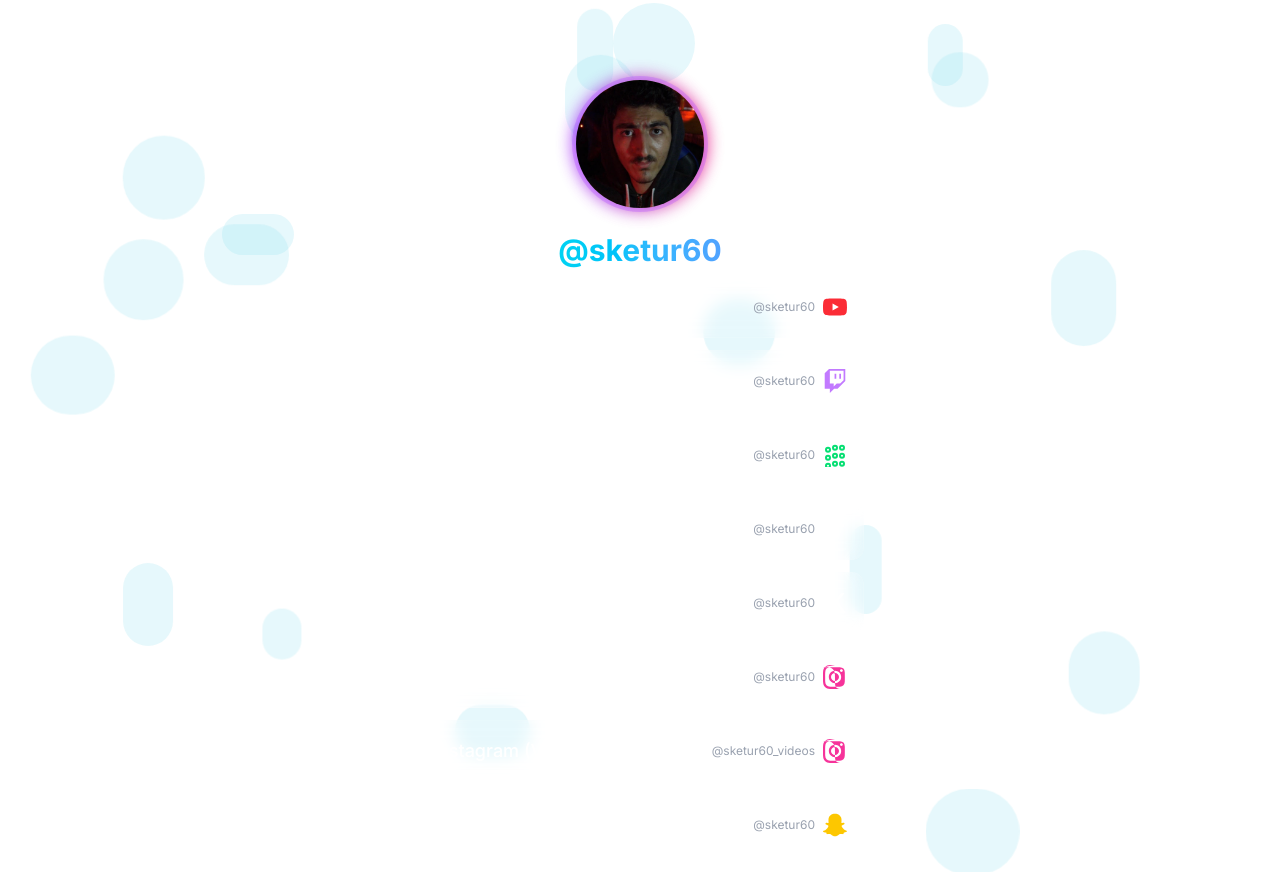
Repository: MehmetSalihK/sketur60
Page: /
An editor plug-in stored every save of this project. The page is shown before and after the next save, followed by the edit.
The browser window is 1280 px wide. The pictures show the whole page.
The project was rebuilt for these pictures with package versions that can differ from the ones it lists, and the page was loaded fresh each time. The framework's server and built-in components were replaced by stand-ins that run in the browser. Also part of the build but not shown: next.config.ts.

Above is the page before, as saved 2025-06-02 11:59:42.

### src/app/layout.tsx
import './globals.css'
import type { Metadata } from 'next'
import { Inter } from 'next/font/google'

const inter = Inter({ subsets: ['latin'] })

export const metadata: Metadata = {
  title: 'Mehmet Salih - Développeur Fullstack',
  description: 'Portfolio et liens de Mehmet Salih',
}

export default function RootLayout({
  children,
}: {
  children: React.ReactNode
}) {
  return (
    <html lang="fr" className="dark">
      <head>
        <meta name="format-detection" content="telephone=no, date=no, email=no, address=no" />
      </head>
      <body className={inter.className}>{children}</body>
    </html>
  )
}

### src/app/page.tsx
import Image from 'next/image'
import Link from 'next/link'

export default function Home() {
  return (
    <main className="min-h-screen bg-[radial-gradient(ellipse_at_top,_var(--tw-gradient-stops))] from-gray-900 via-cyan-900 to-black text-white p-4 antialiased relative overflow-hidden">
      {/* Particules animées */}
      <div className="absolute inset-0 overflow-hidden">
        <div className="absolute -inset-[10px] opacity-50">
          {[...Array(20)].map((_, i) => (
            <div
              key={i}
              className="absolute rounded-full bg-cyan-500/20"
              style={{
                top: `${Math.random() * 100}%`,
                left: `${Math.random() * 100}%`,
                width: `${Math.random() * 4 + 2}rem`,
                height: `${Math.random() * 4 + 2}rem`,
                animation: `float ${Math.random() * 10 + 10}s linear infinite`,
                animationDelay: `${Math.random() * 5}s`,
              }}
            />
          ))}
        </div>
      </div>

      {/* Contenu existant */}
      <div className="max-w-3xl mx-auto pt-16 flex flex-col items-center px-4 relative z-10">
        {/* Photo de profil avec animation */}
        <div className="relative group">
          <div className="absolute -inset-1 bg-gradient-to-r from-purple-600 to-pink-600 rounded-full blur opacity-75 group-hover:opacity-100 transition duration-1000 group-hover:duration-200 animate-tilt"></div>
          <div className="relative w-32 h-32 rounded-full overflow-hidden ring-4 ring-purple-500/30">
            <Image
              src="/profile.jpg"
              alt="Photo de profil"
              width={128}
              height={128}
              className="object-cover hover:scale-110 transition-transform duration-200"
            />
          </div>
        </div>

        {/* Nom d'utilisateur avec animation */}
        <h1 className="text-3xl font-bold mt-6 mb-2 bg-gradient-to-r from-cyan-400 to-blue-400 text-transparent bg-clip-text hover:scale-105 transition-transform duration-200">@sketur60</h1>

        {/* Liste des liens */}
        <div className="w-full max-w-md space-y-3">
          {/* Liens existants - Mettez à jour la classe pour chaque lien */}
          <Link href="https://youtube.com/@sketur60"
                className="group flex items-center justify-between p-4 rounded-xl backdrop-blur-sm bg-white/5 border border-white/10 hover:bg-white/10 hover:border-cyan-500/50 transition-all duration-300 hover:scale-105">
            <span className="font-medium text-lg group-hover:text-cyan-400 transition-colors">YouTube</span>
            <div className="flex items-center space-x-2">
              <span className="text-xs text-gray-400 group-hover:text-purple-400 transition-colors">@sketur60</span>
              <svg className="w-6 h-6 text-red-500" fill="currentColor" viewBox="0 0 24 24"><path d="M23.498 6.186a3.016 3.016 0 0 0-2.122-2.136C19.505 3.545 12 3.545 12 3.545s-7.505 0-9.377.505A3.017 3.017 0 0 0 .502 6.186C0 8.07 0 12 0 12s0 3.93.502 5.814a3.016 3.016 0 0 0 2.122 2.136c1.871.505 9.376.505 9.376.505s7.505 0 9.377-.505a3.015 3.015 0 0 0 2.122-2.136C24 15.93 24 12 24 12s0-3.93-.502-5.814zM9.545 15.568V8.432L15.818 12l-6.273 3.568z"/></svg>
            </div>
          </Link>

          {/* Twitch */}
          <Link href="https://www.twitch.tv/msketur60"
                className="group flex items-center justify-between p-4 rounded-xl backdrop-blur-sm bg-white/5 border border-white/10 hover:bg-white/10 hover:border-purple-500/50 transition-all duration-300 hover:scale-105">
            <span className="font-medium text-lg group-hover:text-purple-400 transition-colors">Twitch</span>
            <div className="flex items-center space-x-2">
              <span className="text-xs text-gray-400 group-hover:text-purple-400 transition-colors">@sketur60</span>
              <svg className="w-6 h-6 text-purple-400" fill="currentColor" viewBox="0 0 24 24"><path d="M11.571 4.714h1.715v5.143H11.57zm4.715 0H18v5.143h-1.714zM6 0L1.714 4.286v15.428h5.143V24l4.286-4.286h3.428L22.286 12V0zm14.571 11.143l-3.428 3.428h-3.429l-3 3v-3H6.857V1.714h13.714Z"/></svg>
            </div>
          </Link>

          {/* Kick */}
          <Link href="https://kick.com/sketur60"
                className="group flex items-center justify-between p-4 rounded-xl backdrop-blur-sm bg-white/5 border border-white/10 hover:bg-white/10 hover:border-purple-500/50 transition-all duration-300 hover:scale-105">
            <span className="font-medium text-lg group-hover:text-purple-400 transition-colors">Kick</span>
            <div className="flex items-center space-x-2">
              <span className="text-xs text-gray-400 group-hover:text-purple-400 transition-colors">@sketur60</span>
              <svg className="w-6 h-6 text-green-400" viewBox="0 0 24 24" fill="none" stroke="currentColor" strokeWidth="2"><path d="M19 6.873a2 2 0 1 1 0-4 2 2 0 0 1 0 4zm0 8a2 2 0 1 1 0-4 2 2 0 0 1 0 4zm0 8a2 2 0 1 1 0-4 2 2 0 0 1 0 4zM5 8.873a2 2 0 1 1 0-4 2 2 0 0 1 0 4zm0 8a2 2 0 1 1 0-4 2 2 0 0 1 0 4zm0 8a2 2 0 1 1 0-4 2 2 0 0 1 0 4zm7-18a2 2 0 1 1 0-4 2 2 0 0 1 0 4zm0 8a2 2 0 1 1 0-4 2 2 0 0 1 0 4zm0 8a2 2 0 1 1 0-4 2 2 0 0 1 0 4z"/></svg>
            </div>
          </Link>

          {/* TikTok */}
          <Link href="https://www.tiktok.com/@sketur60"
                className="group flex items-center justify-between p-4 rounded-xl backdrop-blur-sm bg-white/5 border border-white/10 hover:bg-white/10 hover:border-purple-500/50 transition-all duration-300 hover:scale-105">
            <span className="font-medium text-lg group-hover:text-purple-400 transition-colors">TikTok</span>
            <div className="flex items-center space-x-2">
              <span className="text-xs text-gray-400 group-hover:text-purple-400 transition-colors">@sketur60</span>
              <svg className="w-6 h-6" fill="currentColor" viewBox="0 0 24 24"><path d="M19.59 6.69a4.83 4.83 0 0 1-3.77-4.25V2h-3.45v13.67a2.89 2.89 0 0 1-5.2 1.74 2.89 2.89 0 0 1 2.31-4.64 2.93 2.93 0 0 1 .88.13V9.4a6.84 6.84 0 0 0-1-.05A6.33 6.33 0 0 0 5 20.1a6.34 6.34 0 0 0 10.86-4.43v-7a8.16 8.16 0 0 0 4.77 1.52v-3.4a4.85 4.85 0 0 1-1-.1z"/></svg>
            </div>
          </Link>

          {/* X (Twitter) */}
          <Link href="https://www.twitter.com/sketur60"
                className="group flex items-center justify-between p-4 rounded-xl backdrop-blur-sm bg-white/5 border border-white/10 hover:bg-white/10 hover:border-purple-500/50 transition-all duration-300 hover:scale-105">
            <span className="font-medium text-lg group-hover:text-purple-400 transition-colors">X (Twitter)</span>
            <div className="flex items-center space-x-2">
              <span className="text-xs text-gray-400 group-hover:text-purple-400 transition-colors">@sketur60</span>
              <svg className="w-6 h-6" fill="currentColor" viewBox="0 0 24 24"><path d="M18.244 2.25h3.308l-7.227 8.26 8.502 11.24H16.17l-5.214-6.817L4.99 21.75H1.68l7.73-8.835L1.254 2.25H8.08l4.713 6.231zm-1.161 17.52h1.833L7.084 4.126H5.117z"/></svg>
            </div>
          </Link>

          {/* Instagram (Perso) */}
          <Link href="https://wwww.instagram.com/sketur60"
                className="group flex items-center justify-between p-4 rounded-xl backdrop-blur-sm bg-white/5 border border-white/10 hover:bg-white/10 hover:border-purple-500/50 transition-all duration-300 hover:scale-105">
            <span className="font-medium text-lg group-hover:text-purple-400 transition-colors">Instagram (Perso)</span>
            <div className="flex items-center space-x-2">
              <span className="text-xs text-gray-400 group-hover:text-purple-400 transition-colors">@sketur60</span>
              <svg className="w-6 h-6 text-pink-500" fill="currentColor" viewBox="0 0 24 24"><path d="M12 2.163c3.204 0 3.584.012 4.85.07 3.252.148 4.771 1.691 4.919 4.919.058 1.265.069 1.645.069 4.849 0 3.205-.012 3.584-.069 4.849-.149 3.225-1.664 4.771-4.919 4.919-1.266.058-1.644.07-4.85.07-3.204 0-3.584-.012-4.849-.07-3.26-.149-4.771-1.699-4.919-4.92-.058-1.265-.07-1.644-.07-4.849 0-3.204.013-3.583.07-4.849.149-3.227 1.664-4.771 4.919-4.919 1.266-.057 1.645-.069 4.849-.069zm0-2.163c-3.259 0-3.667.014-4.947.072-4.358.2-6.78 2.618-6.98 6.98-.059 1.281-.073 1.689-.073 4.948 0 3.259.014 3.668.072 4.948.2 4.358 2.618 6.78 6.98 6.98 1.281.058 1.689.072 4.948.072 3.259 0 3.668-.014 4.948-.07-3.26-.149-4.771-1.699-4.919-4.92-.058-1.265-.07-1.644-.07-4.849 0-3.204.013-3.667-.072-4.947-.196-4.354-2.617-6.78-6.979-6.98-1.281-.059-1.69-.073-4.949-.073zm0 5.838c-3.403 0-6.162 2.759-6.162 6.162s2.759 6.163 6.162 6.163 6.162-2.759 6.162-6.163c0-3.403-2.759-6.162-6.162-6.162zm0 10.162c-2.209 0-4-1.79-4-4 0-2.209 1.791-4 4-4s4 1.791 4 4c0 2.21-1.791 4-4 4zm6.406-11.845c-.796 0-1.441.645-1.441 1.44s.645 1.44 1.441 1.44c.795 0 1.439-.645 1.439-1.44s-.644-1.44-1.439-1.44z"/></svg>
            </div>
          </Link>

          {/* Instagram (Vidéos) */}
          <Link href="https://www.instagram.com/msketur60"
                className="group flex items-center justify-between p-4 rounded-xl backdrop-blur-sm bg-white/5 border border-white/10 hover:bg-white/10 hover:border-purple-500/50 transition-all duration-300 hover:scale-105">
            <span className="font-medium text-lg group-hover:text-purple-400 transition-colors">Instagram (Vidéos)</span>
            <div className="flex items-center space-x-2">
              <span className="text-xs text-gray-400 group-hover:text-purple-400 transition-colors">@sketur60_videos</span>
              <svg className="w-6 h-6 text-pink-500" fill="currentColor" viewBox="0 0 24 24"><path d="M12 2.163c3.204 0 3.584.012 4.85.07 3.252.148 4.771 1.691 4.919 4.919.058 1.265.069 1.645.069 4.849 0 3.205-.012 3.584-.069 4.849-.149 3.225-1.664 4.771-4.919 4.919-1.266.058-1.644.07-4.85.07-3.204 0-3.584-.012-4.849-.07-3.26-.149-4.771-1.699-4.919-4.92-.058-1.265-.07-1.644-.07-4.849 0-3.204.013-3.583.07-4.849.149-3.227 1.664-4.771 4.919-4.919 1.266-.057 1.645-.069 4.849-.069zm0-2.163c-3.259 0-3.667.014-4.947.072-4.358.2-6.78 2.618-6.98 6.98-.059 1.281-.073 1.689-.073 4.948 0 3.259.014 3.668.072 4.948.2 4.358 2.618 6.78 6.98 6.98 1.281.058 1.689.072 4.948.072 3.259 0 3.668-.014 4.948-.07-3.26-.149-4.771-1.699-4.919-4.92-.058-1.265-.07-1.644-.07-4.849 0-3.204.013-3.667-.072-4.947-.196-4.354-2.617-6.78-6.979-6.98-1.281-.059-1.69-.073-4.949-.073zm0 5.838c-3.403 0-6.162 2.759-6.162 6.162s2.759 6.163 6.162 6.163 6.162-2.759 6.162-6.163c0-3.403-2.759-6.162-6.162-6.162zm0 10.162c-2.209 0-4-1.79-4-4 0-2.209 1.791-4 4-4s4 1.791 4 4c0 2.21-1.791 4-4 4zm6.406-11.845c-.796 0-1.441.645-1.441 1.44s.645 1.44 1.441 1.44c.795 0 1.439-.645 1.439-1.44s-.644-1.44-1.439-1.44z"/></svg>
            </div>
          </Link>

          {/* Snapchat */}
          <Link href="https://www.snapchat.com/add/sketur60"
                className="group flex items-center justify-between p-4 rounded-xl backdrop-blur-sm bg-white/5 border border-white/10 hover:bg-white/10 hover:border-purple-500/50 transition-all duration-300 hover:scale-105">
            <span className="font-medium text-lg group-hover:text-purple-400 transition-colors">Snapchat</span>
            <div className="flex items-center space-x-2">
              <span className="text-xs text-gray-400 group-hover:text-purple-400 transition-colors">@sketur60</span>
              <svg className="w-6 h-6 text-yellow-400" fill="currentColor" viewBox="0 0 24 24"><path d="M12.206.793c.99 0 4.347.276 5.93 3.821.529 1.193.403 3.219.299 4.847l-.003.06c-.012.18-.022.345-.03.51.075.045.203.09.401.09.3-.016.659-.12 1.033-.301.165-.088.344-.104.464-.104.182 0 .359.029.509.09.45.149.734.479.734.838.015.449-.39.839-1.213 1.168-.089.029-.209.075-.344.119-.45.135-1.139.36-1.333.81-.09.224-.061.524.12.868l.015.015c.06.136 1.526 3.475 4.791 4.014.255.044.435.27.42.509 0 .075-.015.149-.045.225-.24.569-1.273.988-3.146 1.271-.059.091-.12.375-.164.57-.029.179-.074.36-.134.553-.076.271-.27.405-.555.405h-.03c-.135 0-.313-.031-.538-.074-.36-.075-.765-.135-1.273-.135-.3 0-.599.015-.913.074-.6.104-1.123.464-1.723.884-.853.599-1.826 1.288-3.294 1.288-.06 0-.119-.015-.18-.015h-.149c-1.468 0-2.427-.675-3.279-1.288-.599-.42-1.107-.779-1.707-.884-.314-.045-.629-.074-.928-.074-.54 0-.958.089-1.272.149-.211.043-.391.074-.54.074-.374 0-.523-.224-.583-.42-.061-.192-.09-.389-.135-.567-.046-.181-.105-.494-.166-.57-1.918-.222-2.95-.642-3.189-1.226-.031-.075-.046-.15-.046-.225-.015-.243.165-.465.42-.509 3.264-.54 4.73-3.879 4.791-4.02l.016-.029c.18-.345.224-.645.119-.869-.195-.434-.884-.658-1.332-.809-.121-.029-.24-.074-.346-.119-1.107-.435-1.257-.93-1.197-1.273.09-.479.674-.793 1.168-.793.146 0 .27.029.383.074.42.194.789.3 1.104.3.234 0 .384-.06.465-.105l-.046-.569c-.098-1.626-.225-3.651.307-4.837C7.392 1.077 10.739.807 11.727.807l.419-.015h.06z"/></svg>
            </div>
          </Link>
        </div>
      </div>
    </main>
  )
}

### src/app/globals.css
@import "tailwindcss";

:root {
  --background: #ffffff;
  --foreground: #171717;
}

@theme inline {
  --color-background: var(--background);
  --color-foreground: var(--foreground);
  --font-sans: var(--font-geist-sans);
  --font-mono: var(--font-geist-mono);
}

@media (prefers-color-scheme: dark) {
  :root {
    --background: #0a0a0a;
    --foreground: #ededed;
  }
}

body {
  background: var(--background);
  color: var(--foreground);
  font-family: Arial, Helvetica, sans-serif;
}

@keyframes float {
  from {
    transform: rotate(0deg) translate(10px) rotate(0deg);
  }
  to {
    transform: rotate(360deg) translate(10px) rotate(-360deg);
  }
}

After the next save:
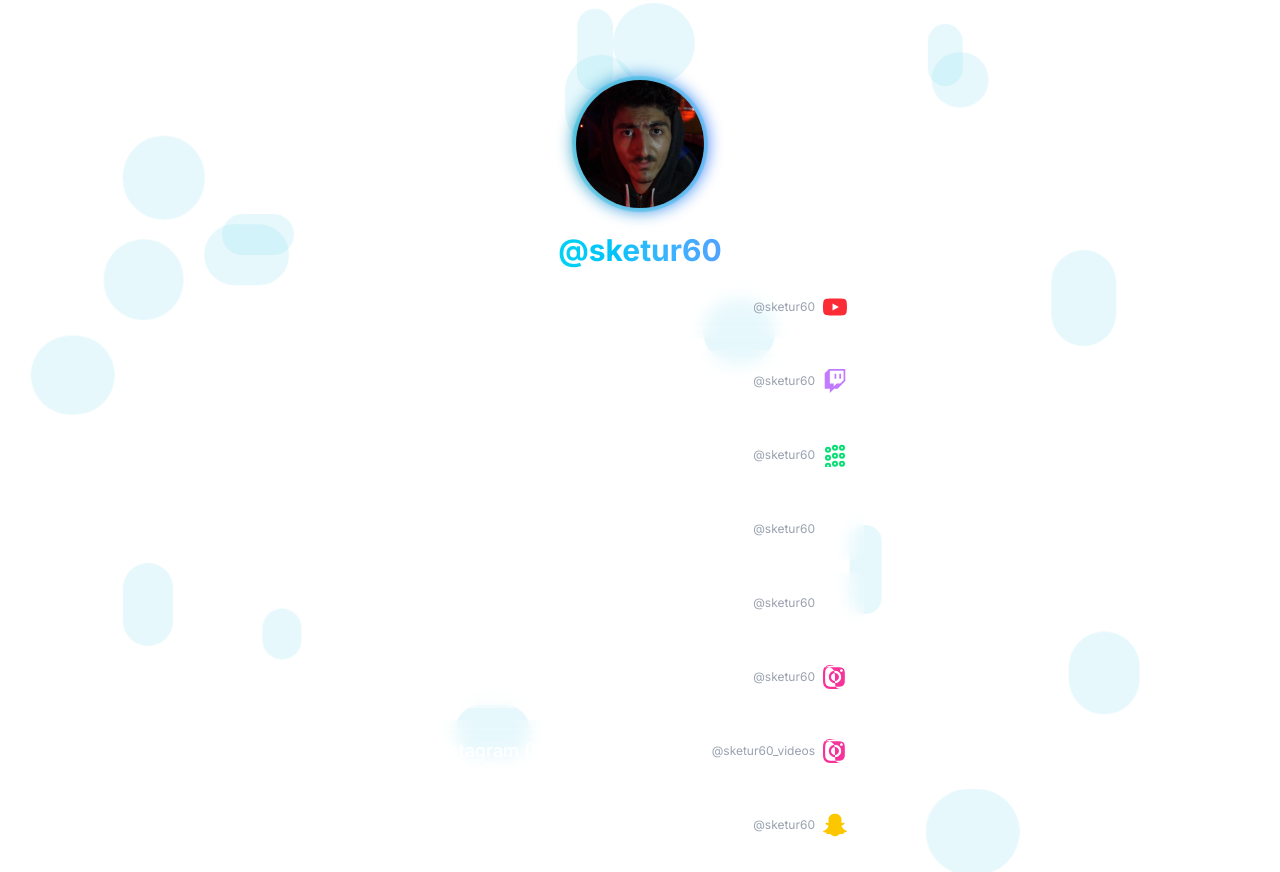
Saved 73 s later.
--- a/src/app/page.tsx
+++ b/src/app/page.tsx
@@ -24,12 +24,11 @@ export default function Home() {
         </div>
       </div>
 
-      {/* Contenu existant */}
       <div className="max-w-3xl mx-auto pt-16 flex flex-col items-center px-4 relative z-10">
         {/* Photo de profil avec animation */}
         <div className="relative group">
-          <div className="absolute -inset-1 bg-gradient-to-r from-purple-600 to-pink-600 rounded-full blur opacity-75 group-hover:opacity-100 transition duration-1000 group-hover:duration-200 animate-tilt"></div>
-          <div className="relative w-32 h-32 rounded-full overflow-hidden ring-4 ring-purple-500/30">
+          <div className="absolute -inset-1 bg-gradient-to-r from-cyan-600 to-blue-600 rounded-full blur opacity-75 group-hover:opacity-100 transition duration-1000 group-hover:duration-200 animate-tilt"></div>
+          <div className="relative w-32 h-32 rounded-full overflow-hidden ring-4 ring-cyan-500/30">
             <Image
               src="/profile.jpg"
               alt="Photo de profil"
@@ -45,17 +44,17 @@ export default function Home() {
 
         {/* Liste des liens */}
         <div className="w-full max-w-md space-y-3">
-          {/* Liens existants - Mettez à jour la classe pour chaque lien */}
+          {/* Liens sociaux - Exemple pour YouTube, répétez pour chaque lien */}
           <Link href="https://youtube.com/@sketur60"
                 className="group flex items-center justify-between p-4 rounded-xl backdrop-blur-sm bg-white/5 border border-white/10 hover:bg-white/10 hover:border-cyan-500/50 transition-all duration-300 hover:scale-105">
             <span className="font-medium text-lg group-hover:text-cyan-400 transition-colors">YouTube</span>
             <div className="flex items-center space-x-2">
-              <span className="text-xs text-gray-400 group-hover:text-purple-400 transition-colors">@sketur60</span>
+              <span className="text-xs text-gray-400 group-hover:text-cyan-400 transition-colors">@sketur60</span>
               <svg className="w-6 h-6 text-red-500" fill="currentColor" viewBox="0 0 24 24"><path d="M23.498 6.186a3.016 3.016 0 0 0-2.122-2.136C19.505 3.545 12 3.545 12 3.545s-7.505 0-9.377.505A3.017 3.017 0 0 0 .502 6.186C0 8.07 0 12 0 12s0 3.93.502 5.814a3.016 3.016 0 0 0 2.122 2.136c1.871.505 9.376.505 9.376.505s7.505 0 9.377-.505a3.015 3.015 0 0 0 2.122-2.136C24 15.93 24 12 24 12s0-3.93-.502-5.814zM9.545 15.568V8.432L15.818 12l-6.273 3.568z"/></svg>
             </div>
           </Link>
 
-          {/* Twitch */}
+          {/* Répétez le même pattern pour les autres liens en gardant la même structure mais en changeant juste l'icône et le texte */}
           <Link href="https://www.twitch.tv/msketur60"
                 className="group flex items-center justify-between p-4 rounded-xl backdrop-blur-sm bg-white/5 border border-white/10 hover:bg-white/10 hover:border-purple-500/50 transition-all duration-300 hover:scale-105">
             <span className="font-medium text-lg group-hover:text-purple-400 transition-colors">Twitch</span>
